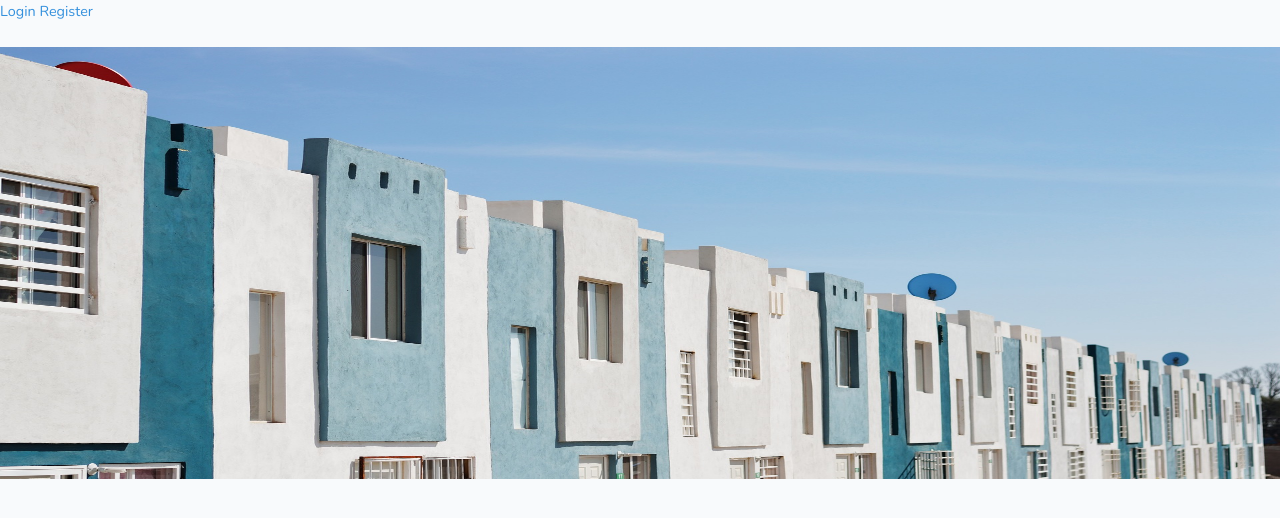
Repository: PatryxB/buildHouse
Page: http://localhost/
These files come from the project's save history. The page is drawn as it stood at one moment and after the next save; the edit follows.
The browser window is 1280 px wide. The pictures show the whole page.
The page is served by the project's Laravel application, run on PHP 8.4 with Laravel 8. Other server files are loaded and not shown. Style sheets and scripts are compiled from the project's sources, by tool versions that may differ from the author's.

Above is the page before, as saved 2020-04-30 19:47:17.

### resources/views/welcome.blade.php
<!DOCTYPE html>
<html lang="{{ str_replace('_', '-', app()->getLocale()) }}">
    <head>
        <meta charset="utf-8">
        <meta name="viewport" content="width=device-width, initial-scale=1">

        <title>Laravel</title>

        <!-- Fonts -->
        <link href="https://fonts.googleapis.com/css?family=Nunito:200,600" rel="stylesheet">
        <link rel="stylesheet" href="/css/app.css">

    </head>
    <body>
        @extends('layouts.app')
        @section('content')

            <section>
                <div class="banner">
                    <img src="{{asset('/img/housebanner.jpg')}}" alt="">
                </div>
            </section>

        @endsection
    </body>
</html>

### resources/views/layouts/app.blade.php
<!doctype html>
<html lang="{{ str_replace('_', '-', app()->getLocale()) }}">
<head>
    <meta charset="utf-8">
    <meta name="viewport" content="width=device-width, initial-scale=1">

    <!-- CSRF Token -->
    <meta name="csrf-token" content="{{ csrf_token() }}">

    <title>{{ config('app.name', 'Laravel') }}</title>

    <!-- Scripts -->
    <script src="{{ asset('js/app.js') }}" defer></script>

    <!-- Fonts -->
    <link rel="dns-prefetch" href="//fonts.gstatic.com">
    <link href="https://fonts.googleapis.com/css?family=Nunito" rel="stylesheet">

    <!-- Styles -->
    <link href="{{ asset('css/app.css') }}" rel="stylesheet">
</head>
<body>
    <div id="app">
        <div class="flex-center position-ref full-height">
            @if (Route::has('login'))
                <div class="top-right links">
                    @auth
                        <a href="{{ url('/home') }}">Home</a>
                    @else
                        <a href="{{ route('login') }}">Login</a>

                        @if (Route::has('register'))
                            <a href="{{ route('register') }}">Register</a>
                        @endif
                    @endauth
                </div>
            @endif

        </div>
        <main class="py-4">
            @yield('content')
        </main>
    </div>
</body>
</html>

### resources/sass/app.scss
// Fonts
@import url('https://fonts.googleapis.com/css?family=Nunito');

// Variables
@import 'variables';

// Bootstrap
@import '~bootstrap/scss/bootstrap';

.banner img{
    width: 100%;
    height: 60vh;
}

Loaded but not shown: routes/web.php (common file); app/Http/Controllers/Auth/LoginController.php (common file); app/Http/Controllers/Controller.php (common file); app/Http/Controllers/Auth/ConfirmPasswordController.php (common file); resources/sass/_variables.scss (common file)

After the next save:
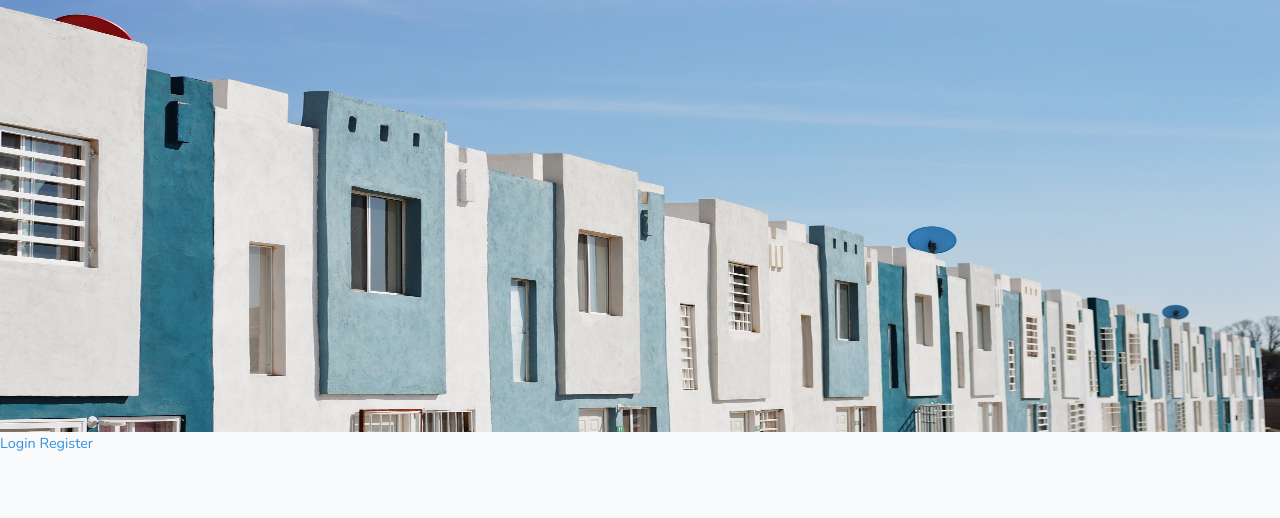
Saved 52 s later.
--- a/resources/views/welcome.blade.php
+++ b/resources/views/welcome.blade.php
@@ -12,14 +12,13 @@
 
     </head>
     <body>
+        <section>
+            <div class="banner">
+                <img src="{{asset('/img/housebanner.jpg')}}" alt="">
+            </div>
+        </section>
         @extends('layouts.app')
         @section('content')
-
-            <section>
-                <div class="banner">
-                    <img src="{{asset('/img/housebanner.jpg')}}" alt="">
-                </div>
-            </section>
 
         @endsection
     </body>
